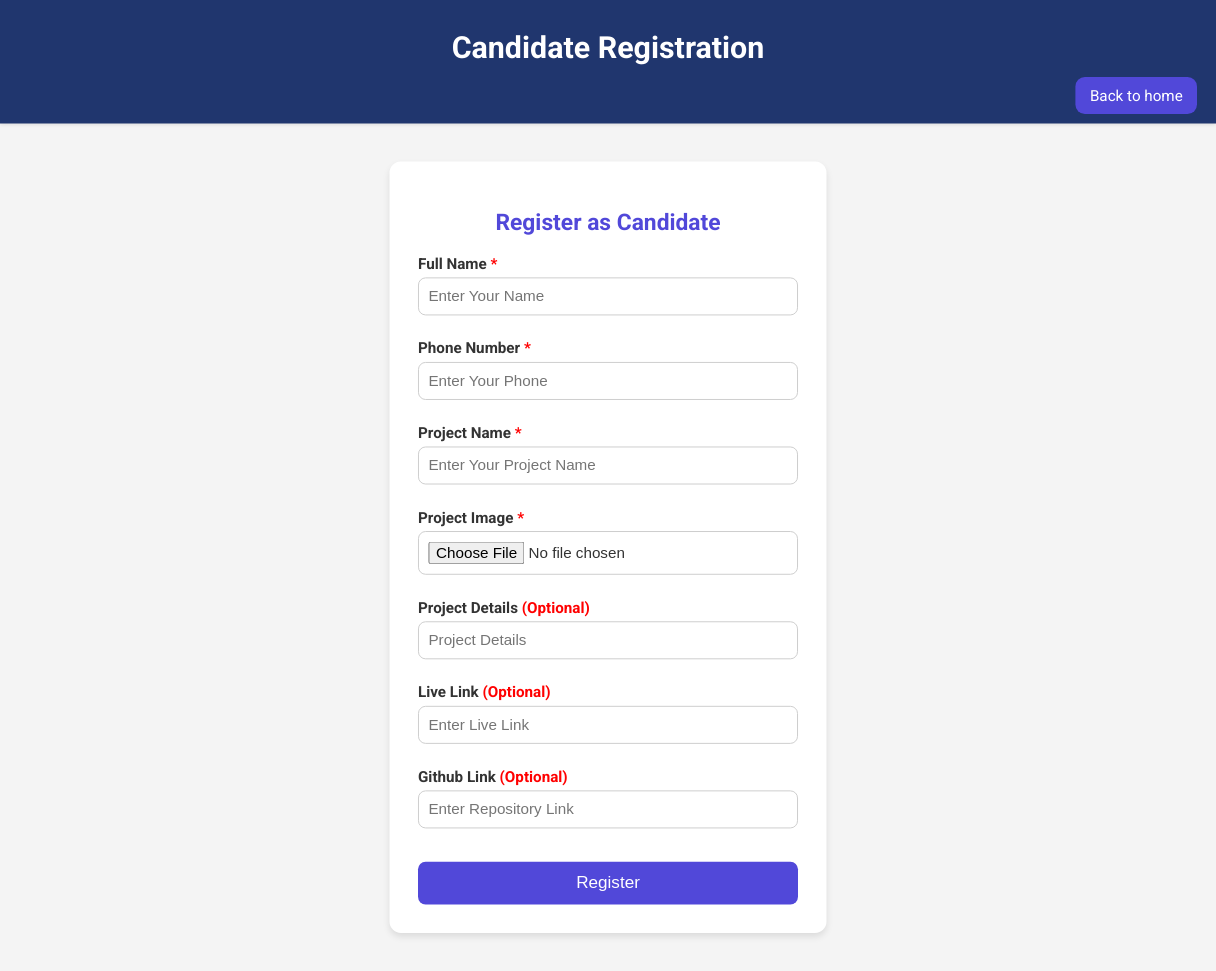
Repository: Pritom0701/voting_app
Page: /candidate-registration
The author's editor kept a copy of each file at every save. The page is drawn from the files as they stood at one save, then again after the next save.
The browser window is 1280 px wide. The pictures show the whole page, at 95% of full size.
The project was rebuilt for these pictures with package versions that can differ from the ones it lists, and the page was loaded fresh each time. Also part of the build but not shown: vite.config.js, src/index.css, src/Pages/Home.jsx, src/Pages/Result.jsx, src/Pages/Registration_voter.jsx.

Above is the page before, as saved 2025-04-28 22:57:38.

After the next save:
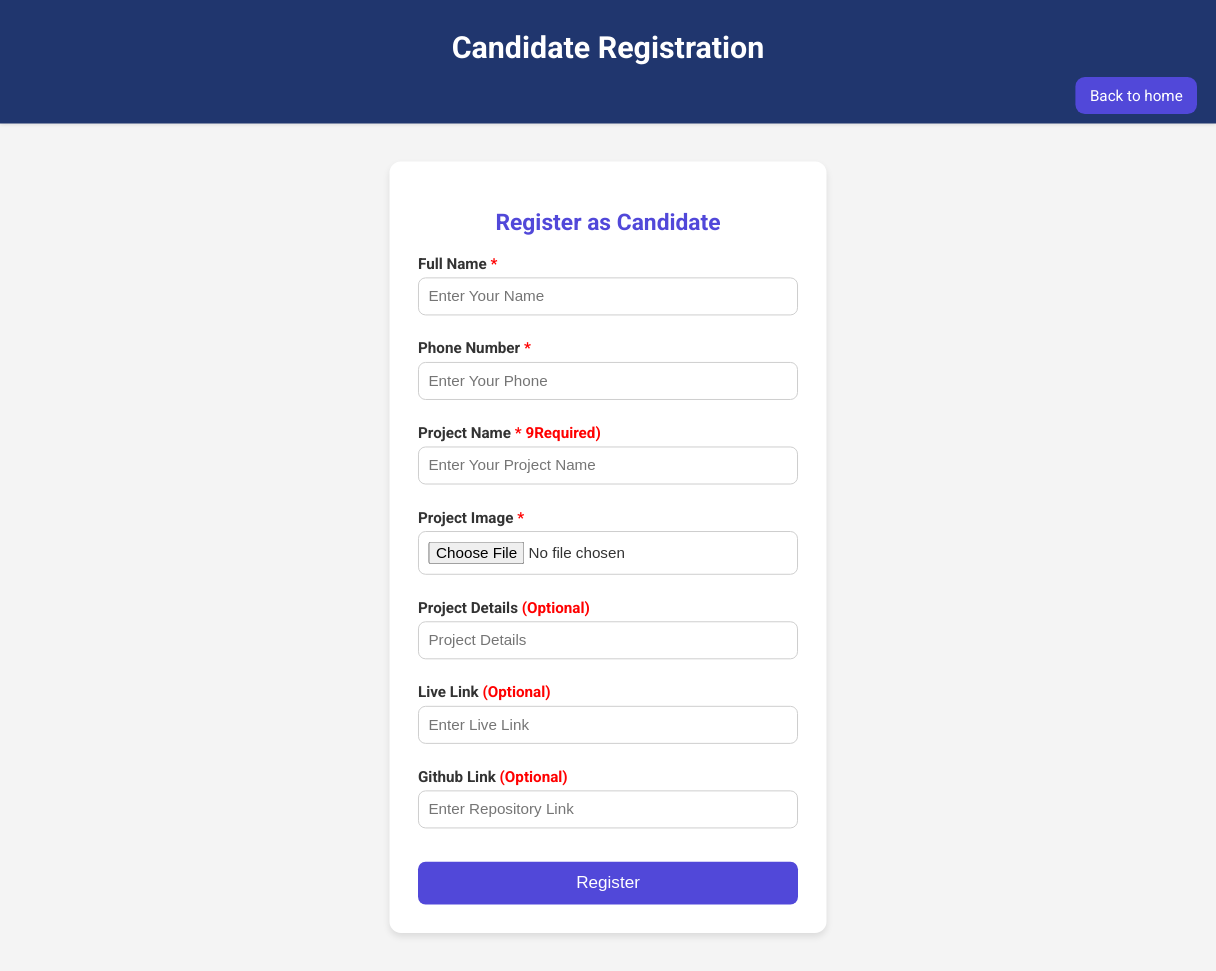
Saved 14 s later.
--- a/src/Pages/Registration_candidate.jsx
+++ b/src/Pages/Registration_candidate.jsx
@@ -75,7 +75,7 @@
                     <label htmlFor="phone">Phone Number <span>*</span></label>
                     <input type="number" id="phone" required name="phone" value={formData.phone} onChange={handleChange} placeholder='Enter Your Phone' />
 
-                    <label htmlFor="project-name">Project Name <span>*</span></label>
+                    <label htmlFor="project-name">Project Name <span>* 9Required)</span></label>
                     <input type="text" id="project-name" required name="pName" value={formData.pName} onChange={handleChange} placeholder='Enter Your Project Name'/>
 
                     <label htmlFor="project-image">Project Image <span>*</span></label>
